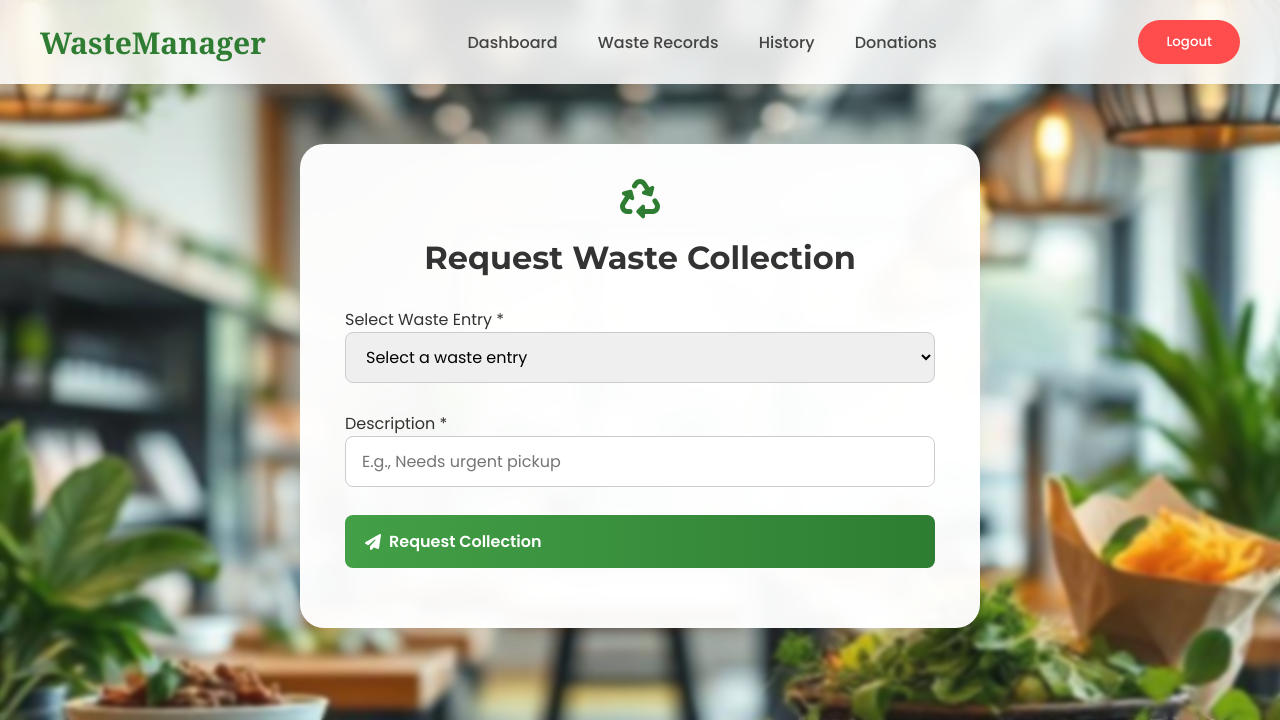
Repository: mahekagrawal25/restaurant-waste-management
Page: frontend/request-collection.html
An editor plug-in stored every save of this project. The page is shown before and after the next save, followed by the edit.
The browser window is 1280 px wide. The pictures show the whole page.
The page's requests for data from a server got no answer.

Above is the page before, as saved 2025-04-25 22:20:55.
Console error: TypeError: Cannot read properties of null (reading 'getElementsByTagName')

After the next save:
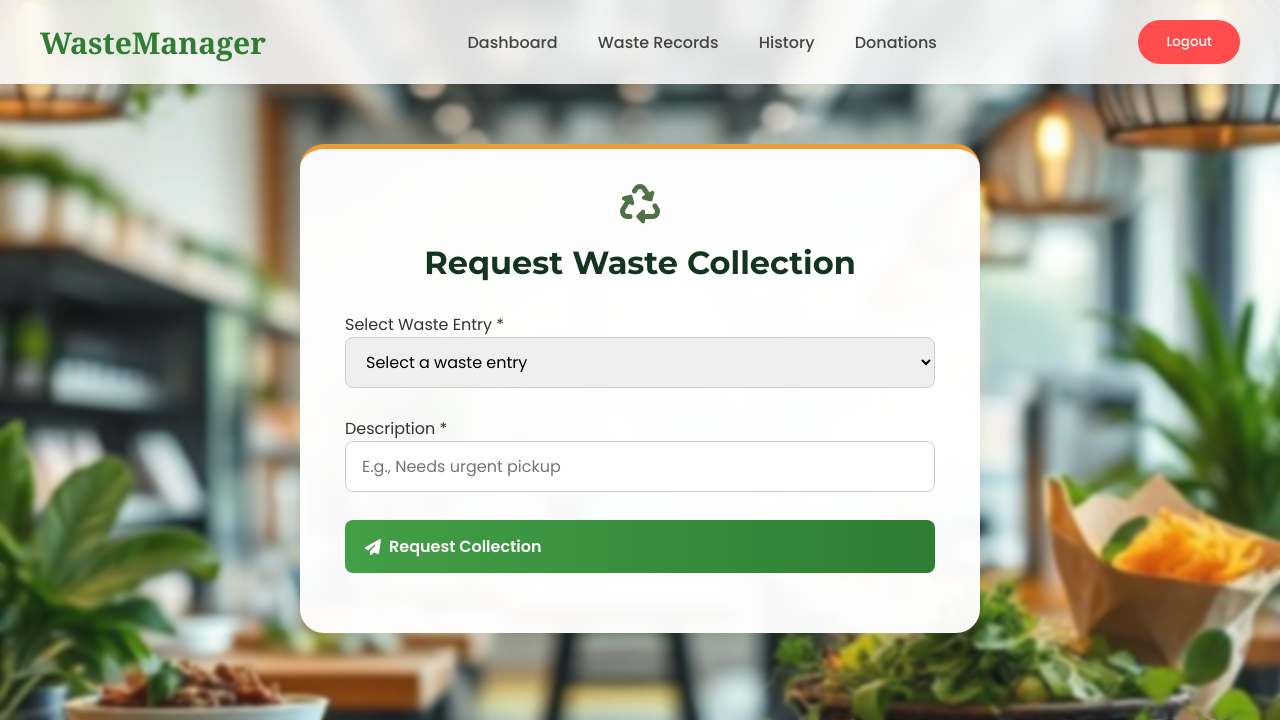
Saved 2 min 27 s later.
--- a/frontend/request-collection.html
+++ b/frontend/request-collection.html
@@ -38,11 +38,12 @@
     .request-card {
       background: rgba(255, 255, 255, 0.97);
       border-radius: 24px;
-      box-shadow: 0 12px 30px rgba(0, 0, 0, 0.12);
+      box-shadow: 0 12px 30px rgba(19, 52, 30, 0.15);
       width: 100%;
       max-width: 680px;
       padding: 40px 45px;
       box-sizing: border-box;
+      border-top: 5px solid var(--gamboge);
     }
     .card-header {
       text-align: center;
@@ -51,6 +52,11 @@
     .card-header h1 {
       font-size: 2rem;
       margin: 12px 0;
+      color: var(--dark-green);
+    }
+    .card-header i {
+      color: var(--fern-green);
+      font-size: 2.5rem;
     }
     .form-group {
       margin-bottom: 28px;
@@ -66,7 +72,7 @@
     .btn-submit {
       width: 100%;
       padding: 14px 20px;
-      background-color: #28a745;
+      background-color: var(--fern-green);
       color: white;
       font-weight: 600;
       font-size: 1rem;
@@ -76,7 +82,7 @@
       transition: background-color 0.3s ease;
     }
     .btn-submit:hover {
-      background-color: #218838;
+      background-color: var(--dark-green);
     }
     .footer {
       display: none;
@@ -87,10 +93,19 @@
       text-align: center;
     }
     .status-msg.success {
-      color: #28a745;
+      color: var(--fern-green);
     }
     .status-msg.error {
-      color: #dc3545;
+      color: var(--sinopia);
+    }
+
+    /* Color variables from first file */
+    :root {
+      --dark-green: #13341E;
+      --fern-green: #4E7145;
+      --gamboge: #EB9C35;
+      --sinopia: #C4501B;
+      --sienna: #8A2B13;
     }
   </style>
 </head>
